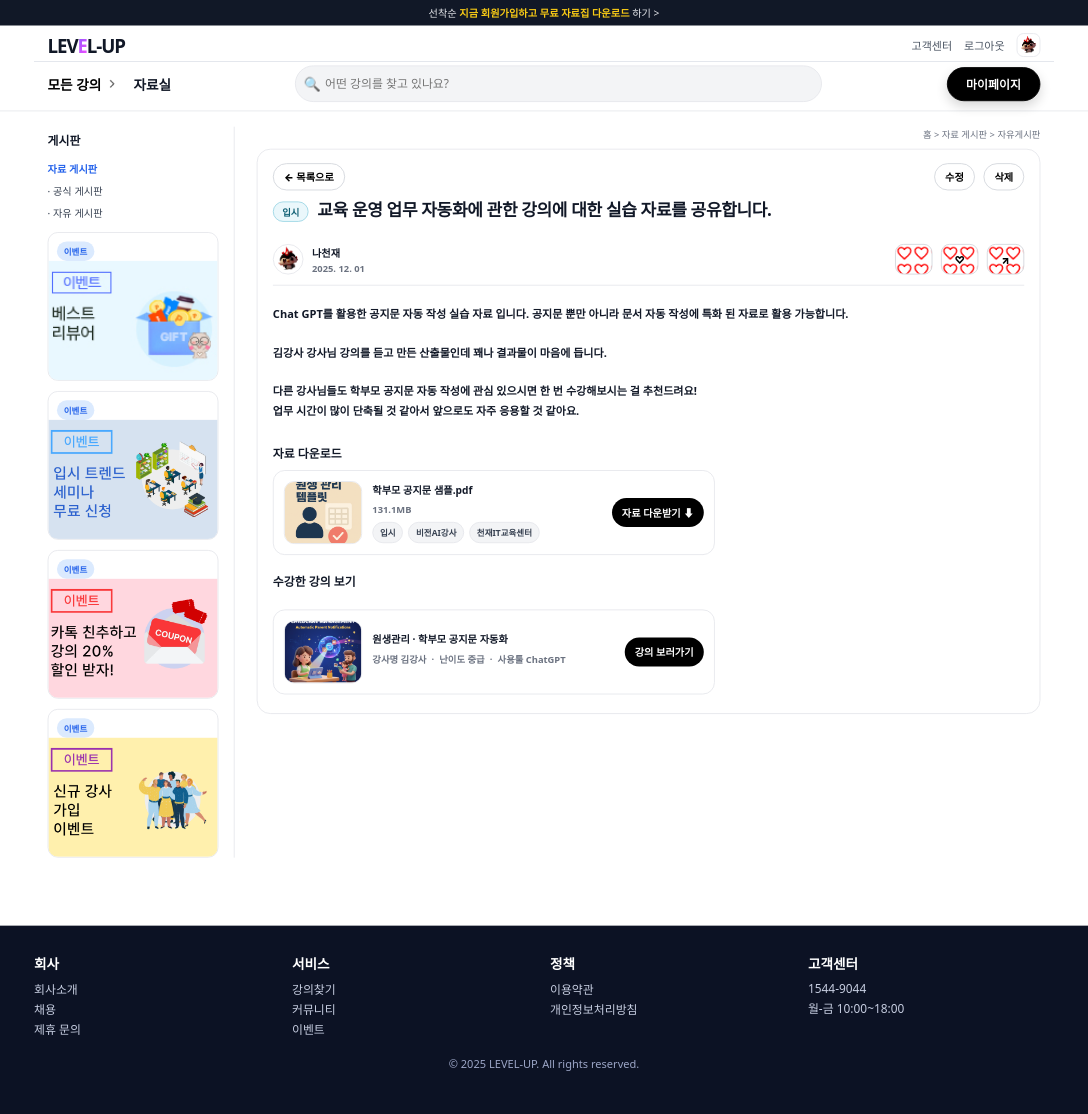
Repository: Iimchaehoon/level_up
Page: board_detail.html
An editor plug-in stored every save of this project. The page is shown before and after the next save, followed by the edit.
The browser window is 1280 px wide. The pictures show the whole page, at 85% of full size.

Above is the page before, as saved 2025-12-15 21:11:13.

### board_detail.html
<!doctype html>
<html lang="ko">
<head>
  <meta charset="UTF-8" />
  <meta name="viewport" content="width=device-width,initial-scale=1" />
  <title>자료 상세 | LEVEL-UP</title>

  <link rel="stylesheet" href="styles.css" />

  <style>
    :root{
      --gray-50:#f9fafb; --gray-100:#f3f4f6; --gray-200:#e5e7eb; --gray-300:#d1d5db;
      --gray-400:#9ca3af; --gray-500:#6b7280; --gray-600:#4b5563; --gray-700:#374151;
      --black:#111827; --primary:#2563eb;
    }
    *{ box-sizing:border-box; }
    body{ margin:0; font-family:"Noto Sans KR",system-ui,-apple-system,BlinkMacSystemFont,"Segoe UI",sans-serif; background:#fff; color:var(--black); }
    a{ color:inherit; text-decoration:none; }
    img{ max-width:100%; display:block; }
    button, input{ font-family:inherit; }

    /* 상단 공지 */
    .topbar{ background:#111827; color:#e5e7eb; font-size:12px; text-align:center; padding:6px 16px; }
    .topbar strong{ color:#facc15; font-weight:600; }

    /* 헤더 */
    .header{ background:#fff; border-bottom:1px solid var(--gray-200); position:sticky; top:0; z-index:999; }
    .header-top{
      display:flex; align-items:center; justify-content:space-between;
      max-width:1200px; margin:0 auto; padding:8px 16px 4px;
    }
    .brand{ font-size:22px; font-weight:800; letter-spacing:-0.06em; cursor:pointer; }
    .brand__e{
      display:inline-block;
      background:linear-gradient(120deg,#7b5cff,#ff4bff);
      -webkit-background-clip:text; color:transparent;
    }
    .header-top__right{ display:flex; align-items:center; gap:14px; font-size:13px; }
    .nav-util{ color:var(--gray-600); cursor:pointer; }
    .profile-avatar{
      width:28px; height:28px; border-radius:8px; object-fit:cover; border:1px solid var(--gray-200);
    }

    .header-bottom{
      display:grid;
      grid-template-columns:auto minmax(260px,1fr) auto;
      align-items:center; gap:16px;
      max-width:1200px; margin:0 auto;
      padding:4px 16px 10px;
      border-top:1px solid rgba(148,163,184,.35);
      position:relative;
    }
    .header-bottom__left{ display:flex; align-items:center; gap:16px; }
    .menu-title{
      background:none; border:none; padding:6px 0; font:inherit;
      font-weight:600; display:inline-flex; align-items:center; gap:4px;
      cursor:pointer;
    }
    .menu-title:hover{ color:var(--primary); }

    .header-bottom__center{ display:flex; justify-content:center; }
    .header-bottom__right{ display:flex; justify-content:flex-end; }

    .nav__search{ position:relative; max-width:620px; width:100%; }
    .nav__search input{
      width:100%;
      padding:11px 14px 11px 34px;
      border-radius:999px;
      border:1px solid var(--gray-200);
      background:var(--gray-100);
      font-size:14px;
      outline:none;
    }
    .icon-search{
      position:absolute; left:10px; top:50%; transform:translateY(-50%);
      font-size:16px; color:var(--gray-600);
      cursor:default;
    }

    .menu-toggle-icon{
      width:18px; height:18px;
      background-image:url("./assets/Button_1.png");
      background-size:contain; background-repeat:no-repeat; background-position:center;
      transform:rotate(0deg);
      transform-origin:center;
      transition:transform .15s ease;
    }
    .menu-toggle-icon.open{ transform:rotate(90deg); }

    .btn{
      border-radius:12px;
      border:1px solid transparent;
      padding:10px 16px;
      font-weight:600;
      cursor:pointer;
      background:#fff;
      color:var(--black);
      transition:all .2s ease;
    }
    .btn.mypage-btn{
      border-radius:999px;
      background:#000;
      color:#fff;
      padding:9px 22px;
      font-size:14px;
      border:1px solid #000;
      box-shadow: 0 6px 14px rgba(0,0,0,0.16);
      transition: background-color .18s ease, box-shadow .18s ease, transform .18s ease;
    }
    .btn.mypage-btn:hover{
      background: rgba(0,0,0,0.86);
      box-shadow: 0 8px 18px rgba(0,0,0,0.18);
      transform: translateY(-1px);
    }
    .btn.mypage-btn:active{
      background: rgba(0,0,0,0.78);
      box-shadow: 0 4px 10px rgba(0,0,0,0.14);
      transform: translateY(1px);
    }

    /* 드롭다운 */
    .nav-dropdown{
      display:none;
      position:absolute;
      background:#fff;
      border-radius:18px;
      box-shadow:0 20px 40px rgba(15,23,42,.18);
      padding:10px 0;
      min-width:260px;
      z-index:2000;
    }
    .nav-dropdown__list{ list-style:none; margin:0; padding:0; }
    .nav-dropdown__item{
      display:flex; align-items:center; gap:10px;
      padding:8px 16px; font-size:14px; white-space:nowrap;
      cursor:pointer;
    }
    .nav-dropdown__item + .nav-dropdown__item{ border-top:1px solid var(--gray-200); }
    .nav-dropdown__item:hover{ background:var(--gray-50); }
    .nav-dropdown__icon{ width:22px; height:22px; object-fit:contain; }

    /* 페이지 레이아웃 */
    .page{
      max-width:1200px;
      margin:0 auto;
      padding:18px 16px 80px;
      display:grid;
      grid-template-columns:220px 1fr;
      gap:26px;
    }

    /* 좌측 */
    .side{ border-right:1px solid var(--gray-200); padding-right:18px; }
    .side__title{ font-size:14px; font-weight:900; margin:6px 0 14px; }
    .side__links{ display:flex; flex-direction:column; gap:8px; font-size:12px; }
    .side__links a{ color:var(--gray-700); cursor:pointer; }
    .side__links a.active{ color:var(--primary); font-weight:900; }

    .side__cards{ margin-top:14px; display:flex; flex-direction:column; gap:12px; }
    .evt{ border:1px solid var(--gray-200); border-radius:12px; overflow:hidden; background:#fff; }
    .evt__badge{
      display:inline-block;
      font-size:10px; font-weight:900;
      padding:4px 8px;
      background:#dbeafe; color:var(--primary);
      border-radius:999px;
      margin:10px 10px 0;
    }
    .evt img{ width:100%; height:140px; object-fit:cover; }

    /* 메인 */
    .main__crumb{ font-size:11px; color:var(--gray-500); text-align:right; margin:0 0 10px; }
    .detail-card{
      border:1px solid var(--gray-200);
      border-radius:16px;
      background:#fff;
      padding:16px 18px 22px;
    }

    .detail-topbar{
      display:flex;
      justify-content:space-between;
      align-items:center;
      gap:12px;
      margin-bottom:10px;
    }
    .btn-ghost{
      height:32px;
      padding:0 12px;
      border-radius:999px;
      border:1px solid var(--gray-300);
      background:#fff;
      cursor:pointer;
      font-size:12px;
      font-weight:900;
    }
    .detail-actions{ display:flex; gap:10px; }

    .title-row{
      display:flex;
      align-items:flex-start;
      gap:10px;
      margin-top:6px;
    }
    .badge{
      display:inline-flex;
      align-items:center;
      justify-content:center;
      height:24px;
      padding:0 10px;
      border-radius:999px;
      border:1px solid #99d5e4;
      background:#eaf7fb;
      color:#0f5f73;
      font-size:11px;
      font-weight:900;
      flex:0 0 auto;
      margin-top:3px;
    }
    .detail-title{
      margin:0;
      font-size:20px;
      font-weight:900;
      line-height:1.25;
      letter-spacing:-0.02em;
      flex:1;
    }

    .author-row{
      display:flex;
      align-items:center;
      justify-content:space-between;
      gap:10px;
      margin-top:14px;
      padding:12px 0;
      border-bottom:1px solid var(--gray-200);
    }
    .author-left{ display:flex; align-items:center; gap:10px; }
    .author-avatar{
      width:36px; height:36px;
      border-radius:999px;
      border:1px solid var(--gray-200);
      object-fit:cover;
      background:#fff;
    }
    .author-meta{ display:flex; flex-direction:column; gap:2px; }
    .author-name{ font-size:12px; font-weight:900; }
    .author-date{ font-size:11px; color:var(--gray-500); font-weight:700; }

    .icon-actions{ display:flex; align-items:center; gap:10px; }
    .icon-btn{

      height:36px;
      min-width:44px;
      padding:0 12px;
      border-radius:10px;
      border:1px solid var(--gray-300);
      background:url(./board_detail/heart.png);
      cursor:pointer;
      display:inline-flex;
      align-items:center;
      justify-content:center;
      gap:8px;
      font-weight:900;
      font-size:12px;
    }
    .icon-btn .heart{ color:#ef4444; }
    .icon-only{
      width:44px;
      padding:0;
    }

    .detail-body{
      padding:22px 0 6px;
      font-size:13px;
      color:#111827;
      line-height:1.75;
      font-weight:600;
      white-space:pre-line;
    }

    .section-title{
      margin:22px 0 10px;
      font-size:14px;
      font-weight:900;
    }

    .resource-card{
      border:1px solid var(--gray-200);
      border-radius:14px;
      padding:12px;
      display:flex;
      gap:12px;
      align-items:center;
      max-width:520px;
      background:#fff;
    }
    .res-thumb{
      width:92px; height:74px;
      border-radius:12px;
      border:1px solid var(--gray-200);
      overflow:hidden;
      background:#f3f4f6;
      flex:0 0 auto;
    }
    .res-thumb img{ width:100%; height:100%; object-fit:cover; }

    .res-body{ flex:1; min-width:0; }
    .res-name{
      font-size:12px;
      font-weight:900;
      margin:0 0 6px;
      white-space:nowrap;
      overflow:hidden;
      text-overflow:ellipsis;
    }
    .res-meta{
      display:flex;
      gap:6px;
      flex-wrap:wrap;
      align-items:center;
      color:var(--gray-500);
      font-size:11px;
      font-weight:700;
      margin-bottom:8px;
    }
    .res-tags{ display:flex; gap:6px; flex-wrap:wrap; }
    .tag{
      font-size:10px;
      font-weight:900;
      padding:4px 8px;
      border-radius:999px;
      background:#f3f4f6;
      border:1px solid var(--gray-200);
      color:var(--gray-700);
    }

    .primary-btn{
      height:34px;
      padding:0 12px;
      border-radius:999px;
      border:none;
      background:#000;
      color:#fff;
      font-weight:900;
      cursor:pointer;
      display:inline-flex;
      align-items:center;
      justify-content:center;
      gap:8px;
      font-size:12px;
      white-space:nowrap;
    }

    .two-cards{
      display:flex;
      flex-direction:column;
      gap:14px;
    }

    /* 푸터 */
    .footer {
      background: #0c1224;
      color: #c7cee1;
      padding: 32px 24px 50px;
    }
    .footer__links {
      max-width: 1200px;
      margin: 0 auto 18px;
      display: grid;
      grid-template-columns: repeat(auto-fit, minmax(180px, 1fr));
      gap: 14px;
    }
    .footer h4 { margin: 0 0 8px; color: #ffffff; }
    .footer a { display: block; margin: 4px 0; font-size: 14px; cursor:pointer; }
    .footer__copy { margin: 0; text-align: center; font-size: 13px; color: #9ca6c7; }

    @media (max-width:980px){
      .page{ grid-template-columns:1fr; }
      .side{ border-right:none; padding-right:0; }
      .resource-card{ max-width:100%; }
    }
  </style>
</head>

<body>
  <div class="topbar">
    선착순 <strong>지금 회원가입하고 무료 자료집 다운로드</strong> 하기 &gt;
  </div>

  <!-- 헤더 -->
  <header class="header" id="headerRoot">
    <div class="header-top">
      <div class="header-top__left">
        <a href="index.html" class="brand">LEV<span class="brand__e">E</span>L-UP</a>
      </div>
      <div class="header-top__right header-top__right--authed">
        <span class="nav-util">고객센터</span>
        <span class="nav-util">로그아웃</span>
        <img class="profile-avatar" src="./assets/ddd_thumbnail.png" alt="프로필" />
      </div>
    </div>

    <div class="header-bottom">
      <div class="header-bottom__left">
        <button class="menu-title has-dropdown" id="allLecturesBtn" type="button">
          <span>모든 강의</span>
          <span class="menu-toggle-icon" id="menuToggleIcon" aria-hidden="true"></span>
        </button>
        <a class="menu-title" href="board_free.html">자료실</a>
      </div>

      <div class="header-bottom__center">
        <div class="nav__search">
          <span class="icon-search">🔍</span>
          <input type="text" placeholder="어떤 강의를 찾고 있나요?" />
        </div>
      </div>

      <div class="header-bottom__right">
        <button class="btn mypage-btn" type="button" data-nav="mypage">마이페이지</button>
      </div>
    </div>

    <div class="nav-dropdown" id="navDropdown">
      <ul class="nav-dropdown__list">
        <li class="nav-dropdown__item js-go-ai-basic">
          <img src="./assets/9342101 1.png" alt="" class="nav-dropdown__icon" />
          <span>AI 기초 이해 · 리터러시</span>
        </li>
        <li class="nav-dropdown__item"><img src="./assets/9a04e59f-39b9-42de-9d05-d933becf10b4 1.png" class="nav-dropdown__icon" alt=""><span>업무 효율 향상</span></li>
        <li class="nav-dropdown__item"><img src="./assets/son-eul-jabgo-huinsaeg-baegyeong-3d-geulim-e-keullibbodeue-chekeuliseuteu-sincheongseo-munseo-jagseong (1) 1.png" class="nav-dropdown__icon" alt=""><span>교육 자료 제작</span></li>
        <li class="nav-dropdown__item"><img src="./assets/9731562 1.png" class="nav-dropdown__icon" alt=""><span>원생 관리</span></li>
        <li class="nav-dropdown__item"><img src="./assets/10316159 1.png" class="nav-dropdown__icon" alt=""><span>상담 업무</span></li>
        <li class="nav-dropdown__item"><img src="./assets/63624731-5ef5-4ba4-8c7f-82a551538336 1.png" class="nav-dropdown__icon" alt=""><span>강의 기획 · 교육 설계</span></li>
        <li class="nav-dropdown__item"><img src="./assets/9d016f34-375d-4ba7-8c87-c7b0c5c7740b 1.png" class="nav-dropdown__icon" alt=""><span>강의 홍보 · 피드백</span></li>
        <li class="nav-dropdown__item"><img src="./assets/04f8dee7-4018-491e-96a9-dbf9a50d942b 1.png" class="nav-dropdown__icon" alt=""><span>자료 · 로고 디자인</span></li>
        <li class="nav-dropdown__item"><img src="./assets/11591525 1.png" class="nav-dropdown__icon" alt=""><span>창업 · 수익화</span></li>
      </ul>
    </div>
  </header>

  <main class="page">
    <!-- 좌측 -->
    <aside class="side">
      <div class="side__title">게시판</div>

      <div class="side__links">
        <a class="active" href="board_free.html">자료 게시판</a>
        <a href="#">· 공식 게시판</a>
        <a href="#">· 자유 게시판</a>
      </div>

      <!-- 광고 -->
      <div class="side__cards">
        <div class="evt"><span class="evt__badge">이벤트</span><img src="./lecture/img5.png" alt="이벤트 1"></div>
        <div class="evt"><span class="evt__badge">이벤트</span><img src="./lecture/img6.png" alt="이벤트 2"></div>
        <div class="evt"><span class="evt__badge">이벤트</span><img src="./lecture/img7.png" alt="이벤트 3"></div>
        <div class="evt"><span class="evt__badge">이벤트</span><img src="./lecture/img8.png" alt="이벤트 4"></div>
      </div>
    </aside>

    <!-- 우측 -->
    <section class="main">
      <div class="main__crumb">홈 &gt; 자료 게시판 &gt; 자유게시판</div>

      <div class="detail-card">
        <!-- 상단 버튼 라인 -->
        <div class="detail-topbar">
          <button class="btn-ghost" type="button" id="backBtn">← 목록으로</button>
          <div class="detail-actions">
            <button class="btn-ghost" type="button" id="editBtn">수정</button>
            <button class="btn-ghost" type="button" id="deleteBtn">삭제</button>
          </div>
        </div>

        <!-- 제목 -->
        <div class="title-row">
          <span class="badge" id="badgeEl">입시</span>
          <h1 class="detail-title" id="titleEl">-</h1>
        </div>

        <!-- 작성자/좋아요/공유 -->
        <div class="author-row">
          <div class="author-left">
            <img class="author-avatar" id="authorAvatar" src="./board_detail/img2.png" alt="작성자">
            <div class="author-meta">
              <div class="author-name" id="authorEl">-</div>
              <div class="author-date" id="dateEl">-</div>
            </div>
          </div>

          <div class="icon-actions">
            <button class="icon-btn icon-heart" type="button" id="likeBtn">

            </button>
            <button class="icon-btn icon-only" type="button" id="bookmarkBtn" title="북마크">♡</button>
            <button class="icon-btn icon-only icon-share" type="button" id="shareBtn" title="공유">↗</button>
          </div>
        </div>

        <!-- 본문 -->
        <div class="detail-body" id="bodyEl"></div>

        <!-- 자료 다운로드 -->
        <div class="section-title">자료 다운로드</div>
        <div class="two-cards">
          <div class="resource-card">
            <div class="res-thumb">
              <img id="fileThumb" src="./board_detail/img1.png" alt="자료 썸네일">
            </div>
            <div class="res-body">
              <p class="res-name" id="fileName">학부모 공지문 샘플.pdf</p>
              <div class="res-meta">
                <span id="fileSize">131.1MB</span>
              </div>
              <div class="res-tags" id="fileTags"></div>
            </div>
            <button class="primary-btn" type="button" id="downloadBtn">자료 다운받기 ⬇</button>
          </div>

          <!-- 수강한 강의 보기 -->
          <div class="section-title" style="margin-top:6px;">수강한 강의 보기</div>
          <div class="resource-card">
            <div class="res-thumb">
              <img id="lecThumb" src="./board_detail/img3.png" alt="강의 썸네일">
            </div>
            <div class="res-body">
              <p class="res-name" id="lecTitle">원생관리 · 학부모 공지문 자동화</p>
              <div class="res-meta" id="lecMeta">
                <span>강사명 김강사</span><span>·</span>
                <span>난이도 중급</span><span>·</span>
                <span>사용툴 ChatGPT</span>
              </div>
            </div>
            <button class="primary-btn" type="button" id="goLectureBtn">강의 보러가기</button>
          </div>
        </div>
      </div>
    </section>
  </main>

  <!-- 푸터 -->
  <footer class="footer">
    <div class="footer__links">
      <div>
        <h4>회사</h4>
        <a href="#">회사소개</a>
        <a href="#">채용</a>
        <a href="#">제휴 문의</a>
      </div>
      <div>
        <h4>서비스</h4>
        <a href="#">강의찾기</a>
        <a href="#">커뮤니티</a>
        <a href="#">이벤트</a>
      </div>
      <div>
        <h4>정책</h4>
        <a href="#">이용약관</a>
        <a href="#">개인정보처리방침</a>
      </div>
      <div>
        <h4>고객센터</h4>
        <a href="tel:1544-9044">1544-9044</a>
        <a href="#">월-금 10:00~18:00</a>
      </div>
    </div>
    <p class="footer__copy">© 2025 LEVEL-UP. All rights reserved.</p>
  </footer>

  <script>
    /* 마이페이지 이동 */
    document.addEventListener("click", (e) => {
      const btn = e.target.closest('[data-nav="mypage"]');
      if (!btn) return;
      window.location.href = "mypage.html";
    });

    /* 드롭다운 */
    const allLecturesBtn = document.getElementById("allLecturesBtn");
    const navDropdown = document.getElementById("navDropdown");
    const menuToggleIcon = document.getElementById("menuToggleIcon");
    let open = false;

    function closeDropdown(){
      open = false;
      navDropdown.style.display = "none";
      menuToggleIcon.classList.remove("open");
    }
    allLecturesBtn?.addEventListener("click", (e) => {
      e.stopPropagation();
      open = !open;
      if(!open){ closeDropdown(); return; }

      navDropdown.style.display = "block";
      menuToggleIcon.classList.add("open");

      const rect = allLecturesBtn.getBoundingClientRect();
      navDropdown.style.top = (rect.bottom + window.scrollY + 8) + "px";
      navDropdown.style.left = (rect.left + window.scrollX) + "px";
    });
    document.addEventListener("click", (e) => {
      if (!open) return;
      if (!navDropdown.contains(e.target) && !allLecturesBtn.contains(e.target)) closeDropdown();
    });
    document.querySelectorAll(".js-go-ai-basic").forEach((el) => {
      el.addEventListener("click", () => window.location.href = "lecture_ai_basic.html");
    });

    /* =========================
       (임시) 상세 데이터
       - board_free.html의 posts랑 id 맞춰주면 됨
    ========================= */
    const detailMap = {
      1: {
        catLabel: "입시",
        title: "교육 운영 업무 자동화에 관한 강의에 대한 실습 자료를 공유합니다.",
        author: "나천재",
        authorAvatar: "./board_detail/img2.png",
        date: "2025. 12. 01",
        body:
`Chat GPT를 활용한 공지문 자동 작성 실습 자료 입니다. 공지문 뿐만 아니라 문서 자동 작성에 특화 된 자료로 활용 가능합니다.

김강사 강사님 강의를 듣고 만든 산출물인데 꽤나 결과물이 마음에 듭니다.

다른 강사님들도 학부모 공지문 자동 작성에 관심 있으시면 한 번 수강해보시는 걸 추천드려요!
업무 시간이 많이 단축될 것 같아서 앞으로도 자주 응용할 것 같아요.`,
        file: {
          thumb: "./board_detail/img1.png",
          name: "학부모 공지문 샘플.pdf",
          size: "131.1MB",
          tags: ["입시", "비전AI강사", "천재IT교육센터"]
        },
        lecture: {
          thumb: "./board_detail/img3.png",
          title: "원생관리 · 학부모 공지문 자동화",
          meta: ["강사명 김강사", "난이도 중급", "사용툴 ChatGPT"]
        }
      }
    };

    function qs(key){
      return new URLSearchParams(location.search).get(key);
    }

    function renderDetail(){
      const id = Number(qs("id") || 1);
      const d = detailMap[id] || detailMap[1];

      document.getElementById("badgeEl").textContent = d.catLabel;
      document.getElementById("titleEl").textContent = d.title;
      document.getElementById("authorEl").textContent = d.author;
      document.getElementById("dateEl").textContent = d.date;
      document.getElementById("authorAvatar").src = d.authorAvatar;

      document.getElementById("bodyEl").textContent = d.body;

      document.getElementById("fileThumb").src = d.file.thumb;
      document.getElementById("fileName").textContent = d.file.name;
      document.getElementById("fileSize").textContent = d.file.size;

      const fileTags = document.getElementById("fileTags");
      fileTags.innerHTML = (d.file.tags || []).map(t => `<span class="tag">${t}</span>`).join("");

      document.getElementById("lecThumb").src = d.lecture.thumb;
      document.getElementById("lecTitle").textContent = d.lecture.title;

      const meta = d.lecture.meta || [];
      document.getElementById("lecMeta").innerHTML = `
        <span>${meta[0] || ""}</span><span>·</span>
        <span>${meta[1] || ""}</span><span>·</span>
        <span>${meta[2] || ""}</span>
      `;
    }

    /* 버튼들 */
    document.getElementById("backBtn")?.addEventListener("click", () => {
      window.location.href = "board_free.html";
    });

    document.getElementById("downloadBtn")?.addEventListener("click", () => {
      alert("자료 다운로드는 추후 개발 예정입니다!");
    });

    document.getElementById("goLectureBtn")?.addEventListener("click", () => {
      alert("강의 보러가기는 추후 개발 예정입니다!");
      // 예: window.location.href = "player.html";
    });

    document.getElementById("editBtn")?.addEventListener("click", () => {
      alert("수정 기능은 추후 개발 예정입니다!");
    });

    document.getElementById("deleteBtn")?.addEventListener("click", () => {
      alert("삭제 기능은 추후 개발 예정입니다!");
    });

    // 좋아요/북마크/공유(간단 동작)
    const likeBtn = document.getElementById("likeBtn");
    const likeCountEl = document.getElementById("likeCount");
    let liked = false;

    likeBtn?.addEventListener("click", () => {
      const n = Number(likeCountEl.textContent || 0);
      liked = !liked;
      likeBtn.querySelector(".heart").textContent = liked ? "♥" : "♡";
      likeCountEl.textContent = liked ? String(n + 1) : String(Math.max(0, n - 1));
    });

    document.getElementById("bookmarkBtn")?.addEventListener("click", (e) => {
      const b = e.currentTarget;
      b.textContent = (b.textContent === "♥") ? "♡" : "♥";
    });

    document.getElementById("shareBtn")?.addEventListener("click", async () => {
      try{
        await navigator.clipboard.writeText(location.href);
        alert("링크가 복사되었습니다!");
      }catch{
        alert("복사 실패! 주소를 직접 복사해 주세요.");
      }
    });

    renderDetail();
  </script>
</body>
</html>

Loaded but not shown: styles.css (3154 lines, source omitted)

After the next save:
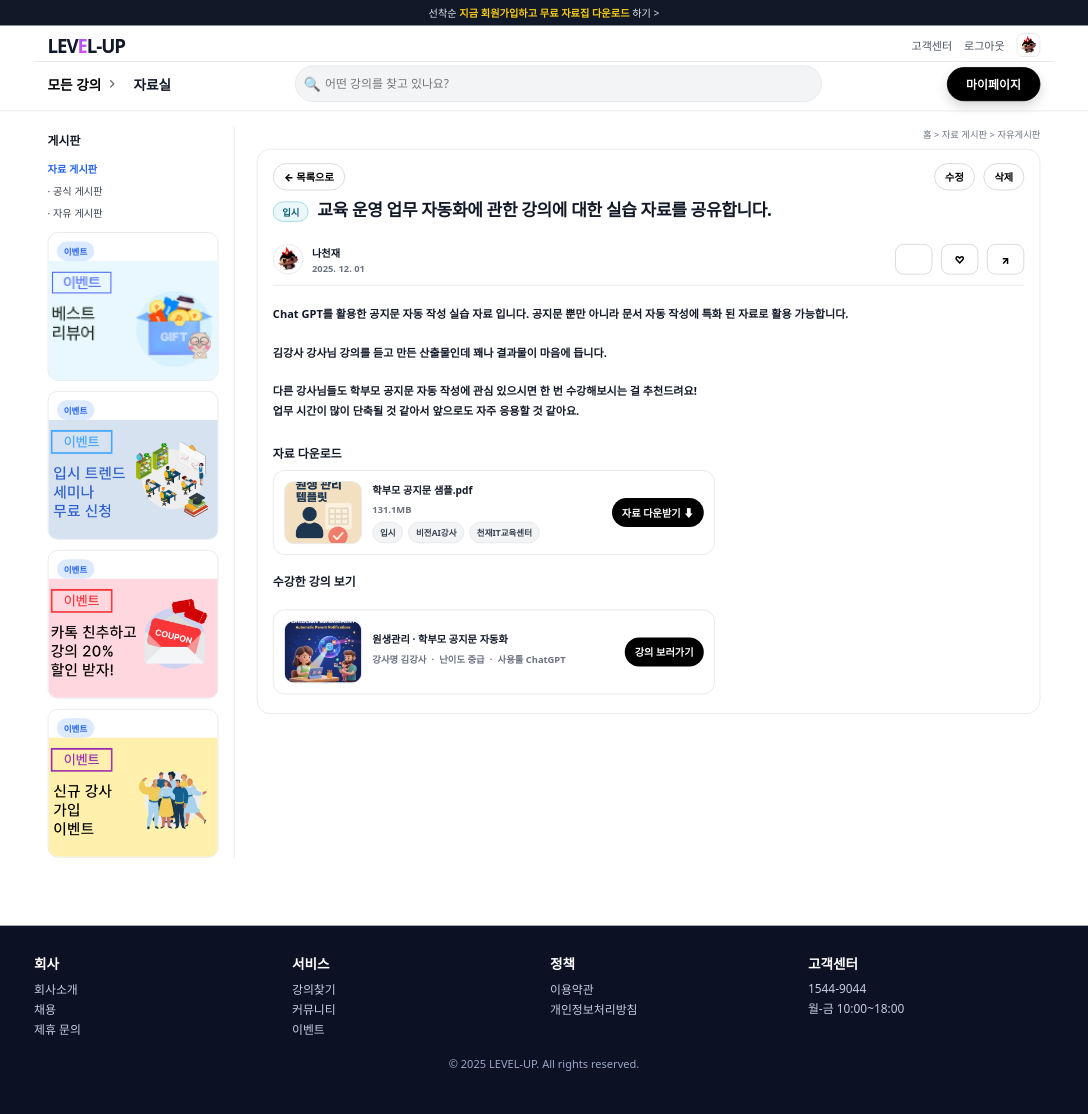
Saved 37 s later.
--- a/board_detail.html
+++ b/board_detail.html
@@ -255,7 +255,7 @@
       padding:0 12px;
       border-radius:10px;
       border:1px solid var(--gray-300);
-      background:url(./board_detail/heart.png);
+      background: white;
       cursor:pointer;
       display:inline-flex;
       align-items:center;
